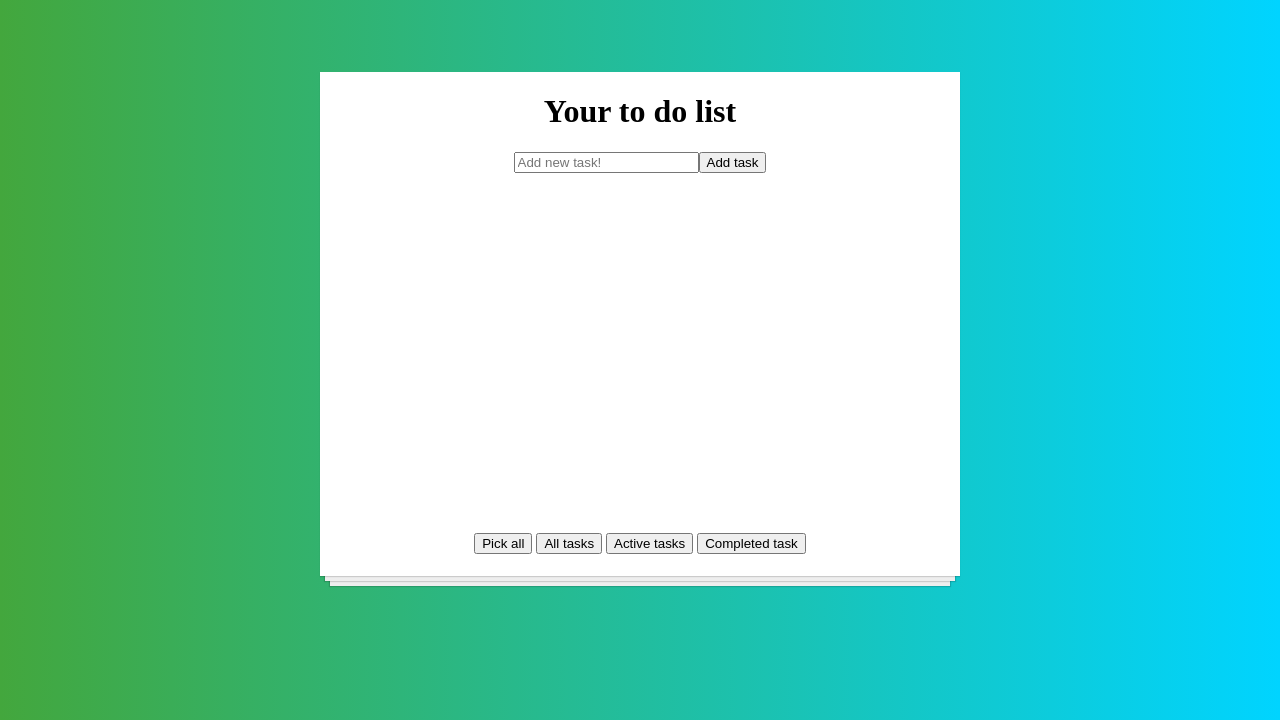
Repository: FetterDev/to-do-v2
Page: index.html
An editor plug-in stored every save of this project. The page is shown before and after the next save, followed by the edit.
The browser window is 1280 px wide. The pictures show the whole page.

Above is the page before, as saved 2020-07-20 15:15:22.

After the next save:
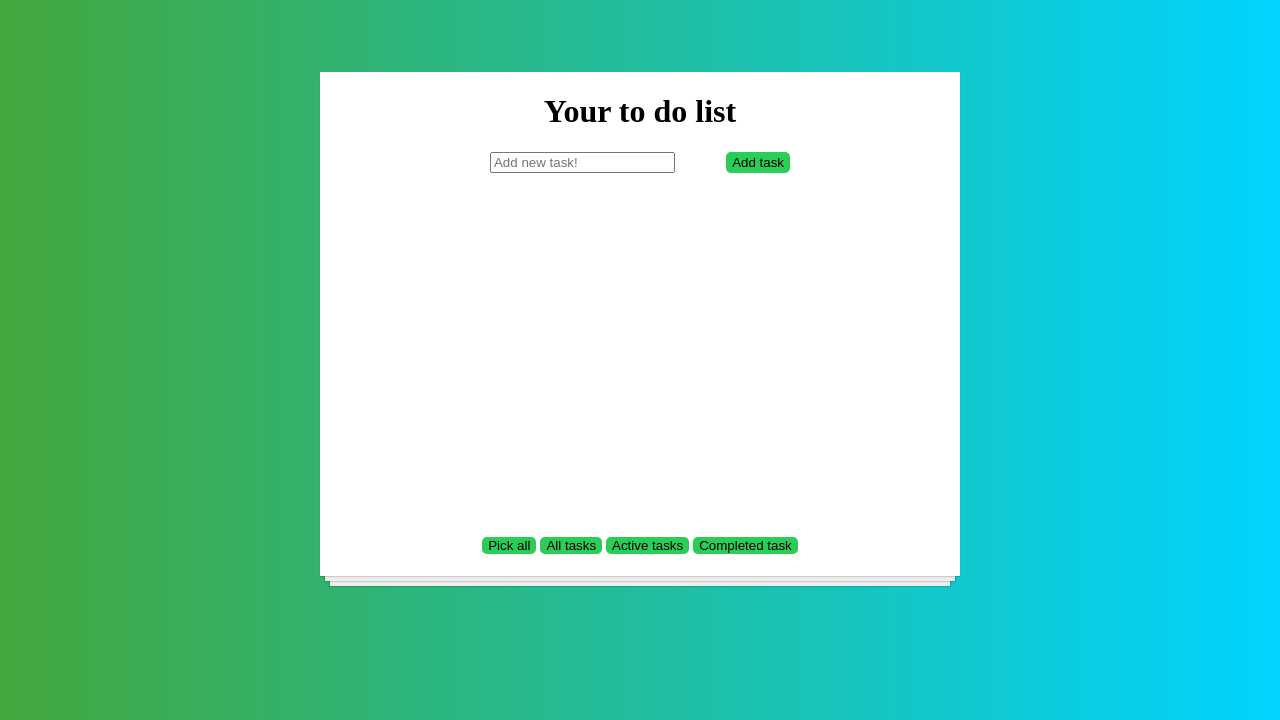
Saved 8 s later.
--- a/style.css
+++ b/style.css
@@ -46,7 +46,7 @@ h1{
   }
   .text-holder{
       border-color: linear-gradient(90deg, rgba(2,0,36,1) 0%, rgba(67,167,61,1) 0%, rgba(0,212,255,1) 100%);
-    };
+;
      margin-right: 4vw;
 
   }
